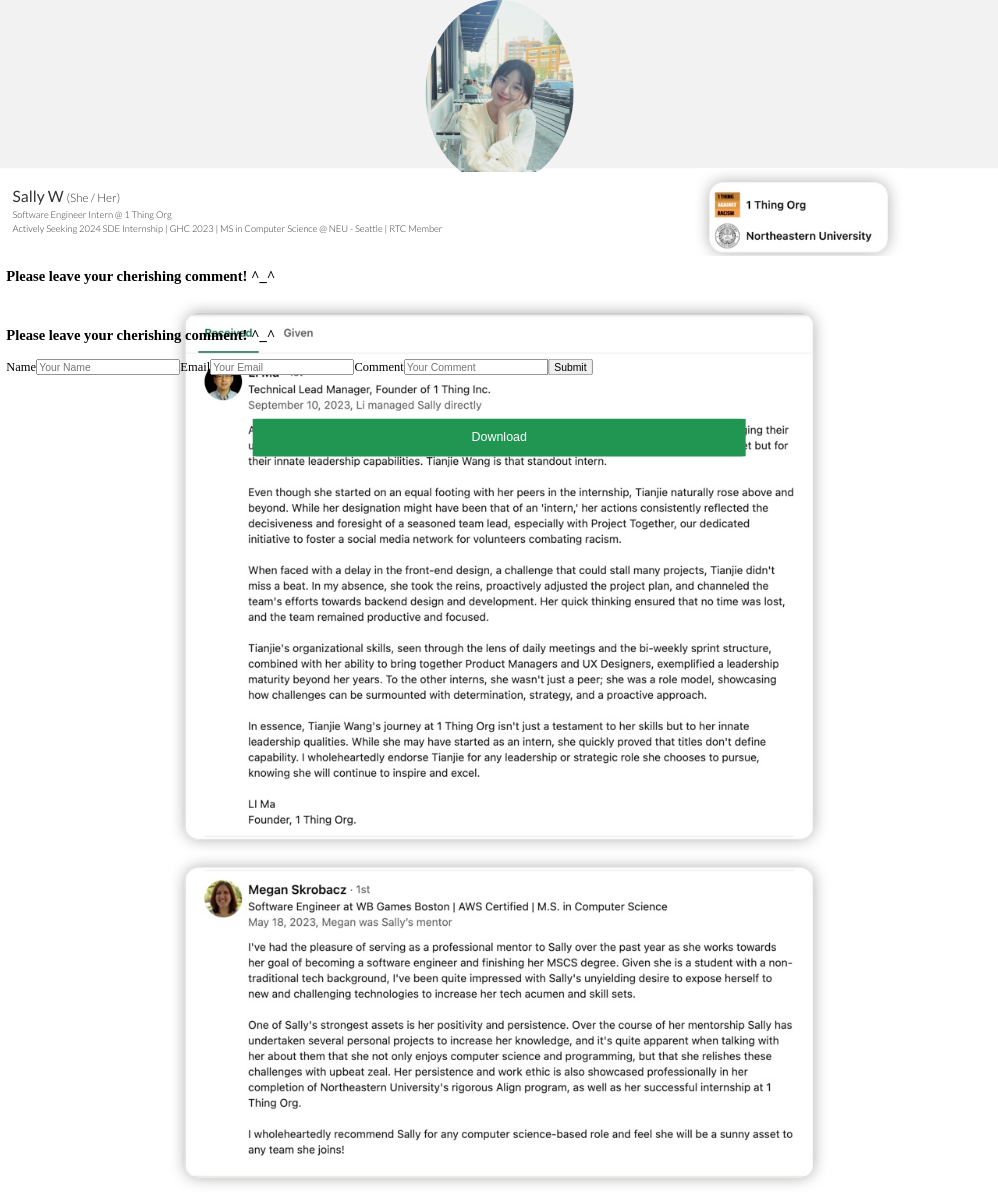
Repository: tianjiewang2022/digital-namecard
Page: recommendation_page.html
An editor plug-in stored every save of this project. The page is shown before and after the next save, followed by the edit.
The browser window is 1280 px wide. The pictures show the whole page, at 78% of full size.
Some web fonts or font styles are not loaded; a fallback is used.

Above is the page before, as saved 2023-10-16 00:00:41.

After the next save:
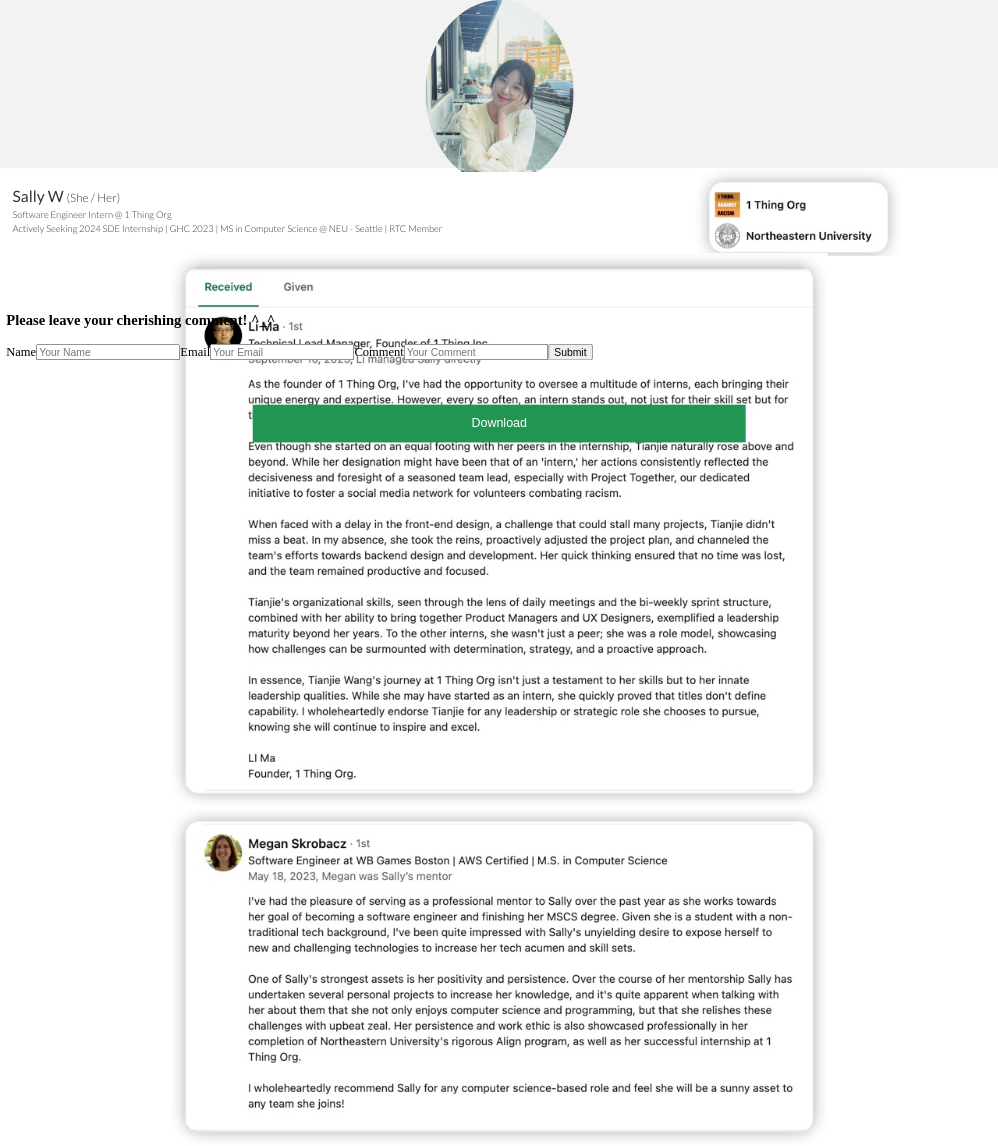
Saved 2 min 25 s later.
--- a/recommendation_page.html
+++ b/recommendation_page.html
@@ -38,7 +38,6 @@
         </section>
         <section class="bg-color-white secondary-info">
             <div class="container grid-container">
-                <h3>Please leave your cherishing comment! ^_^</h3>
                 <div class="grid-item">
                     <img src="Recommendation_Manager.jpg" alt="Recommendation from Manager">
                 </div>
